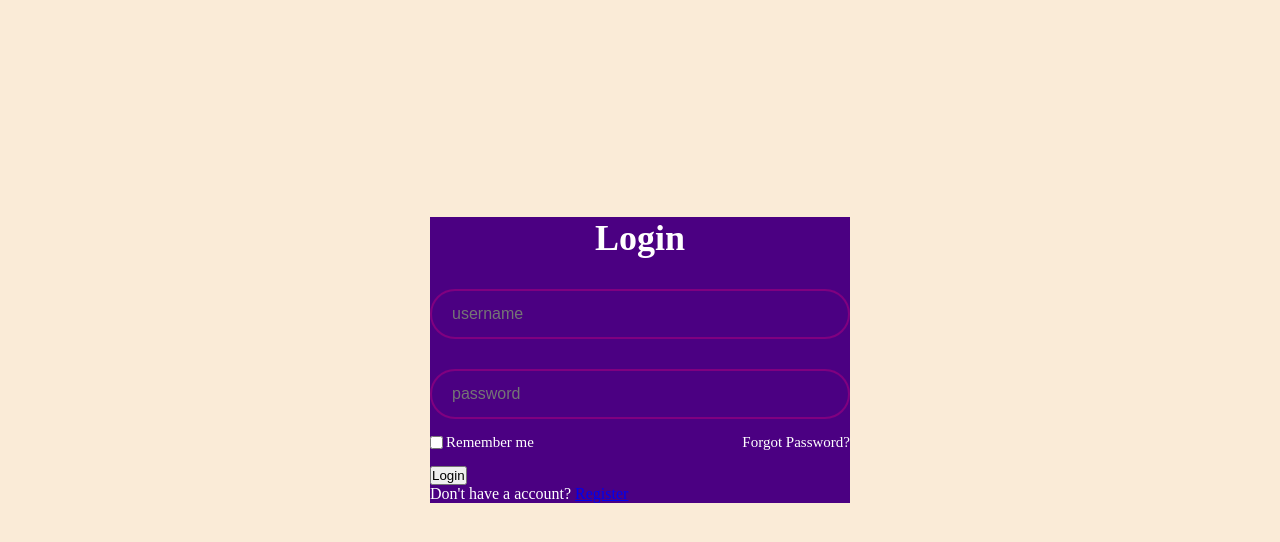
Repository: Kubraaygun/Html_Css_Login
Page: index.html
These files come from the project's save history. The page is drawn as it stood at one moment and after the next save; the edit follows.
The browser window is 1280 px wide. The pictures show the whole page.

Above is the page before, as saved 2025-03-05 19:43:19.

After the next save:
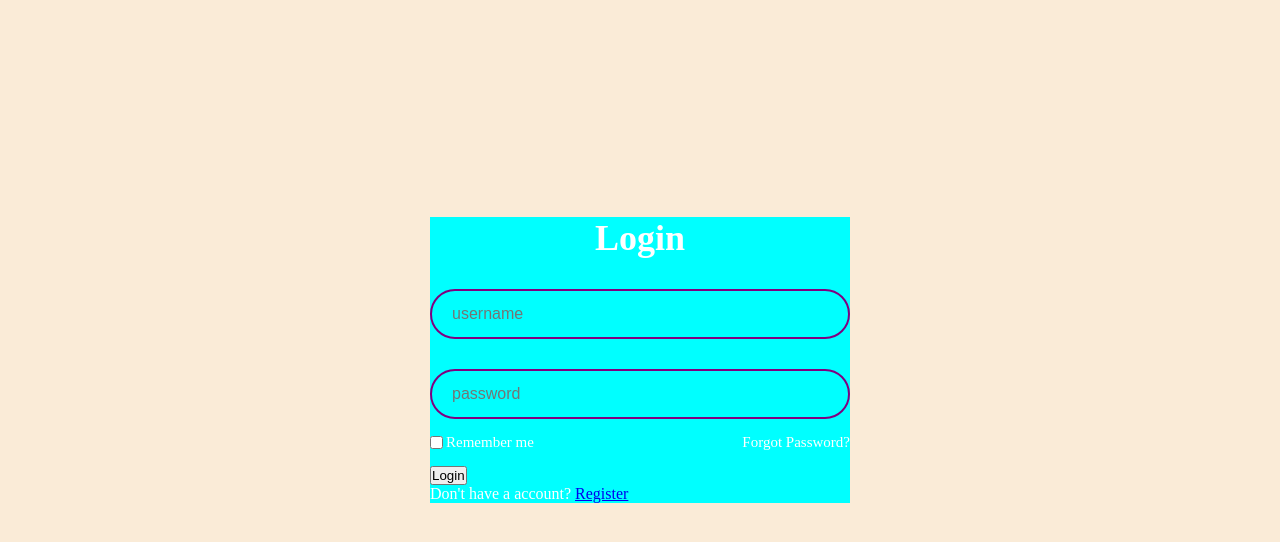
Saved 12 s later.
--- a/style.css
+++ b/style.css
@@ -14,7 +14,7 @@ body {
 
 .container {
   width: 420px;
-  background-color: indigo;
+  background-color: cyan;
   color: white;
 }
 
